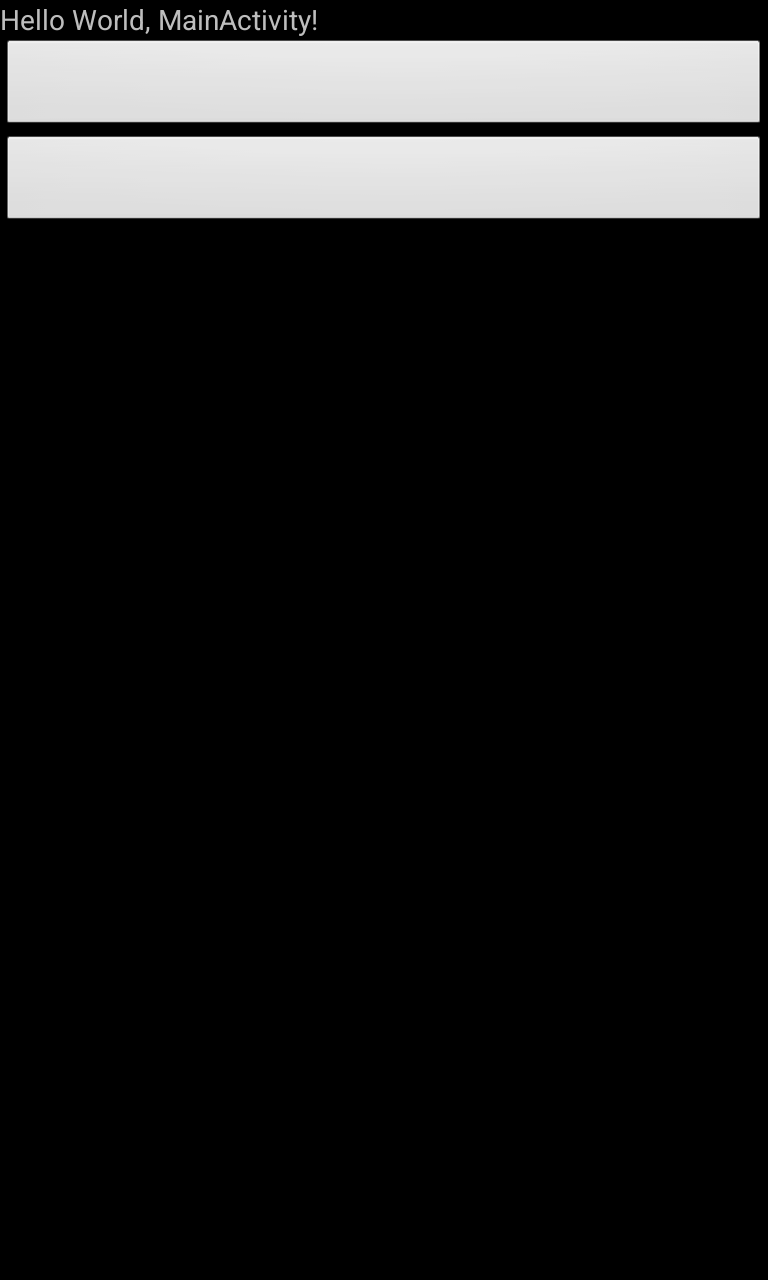
Repository: fangbao/Google_Android
Layout: Android_space/14.Service/res/layout/binder.xml
An editor plug-in stored every save of this project. The layout is shown before and after the next save, followed by the edit.
It is drawn on a 768 x 1280 px phone screen (xhdpi) without system bars, with theme android:Theme; the app's code is not run.

Above is the layout before, as saved 2011-12-25 16:21:02.

### Android_space/14.Service/res/layout/binder.xml
<?xml version="1.0" encoding="utf-8"?>
<LinearLayout xmlns:android="http://schemas.android.com/apk/res/android"
    android:layout_width="fill_parent"
    android:layout_height="fill_parent"
    android:orientation="vertical" >

    <TextView
        android:layout_width="fill_parent"
        android:layout_height="wrap_content"
        android:text="@string/hello" />

    <Button
        android:id="@+id/btnStartService"
        android:layout_width="match_parent"
        android:layout_height="wrap_content" />

    <Button
        android:id="@+id/btnStopService"
        android:layout_width="match_parent"
        android:layout_height="wrap_content" />

</LinearLayout>

### Android_space/14.Service/res/values/strings.xml
<?xml version="1.0" encoding="utf-8"?>
<resources>

    <string name="hello">Hello World, MainActivity!</string>
    <string name="app_name">Service</string>

</resources>

After the next save:
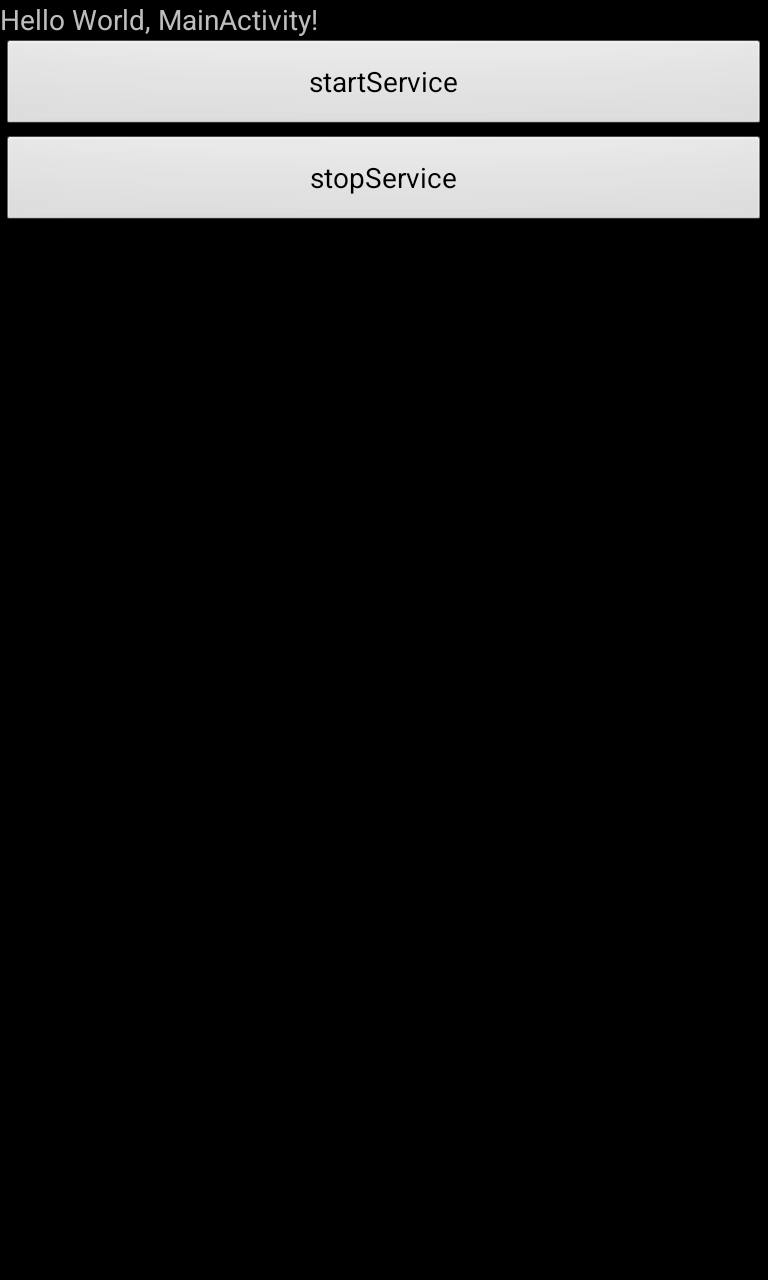
Saved 3 min 29 s later.
--- a/Android_space/14.Service/res/layout/binder.xml
+++ b/Android_space/14.Service/res/layout/binder.xml
@@ -12,11 +12,13 @@
     <Button
         android:id="@+id/btnStartService"
         android:layout_width="match_parent"
-        android:layout_height="wrap_content" />
+        android:layout_height="wrap_content"
+        android:text="startService" />
 
     <Button
         android:id="@+id/btnStopService"
         android:layout_width="match_parent"
-        android:layout_height="wrap_content" />
+        android:layout_height="wrap_content"
+        android:text="stopService" />
 
 </LinearLayout>
